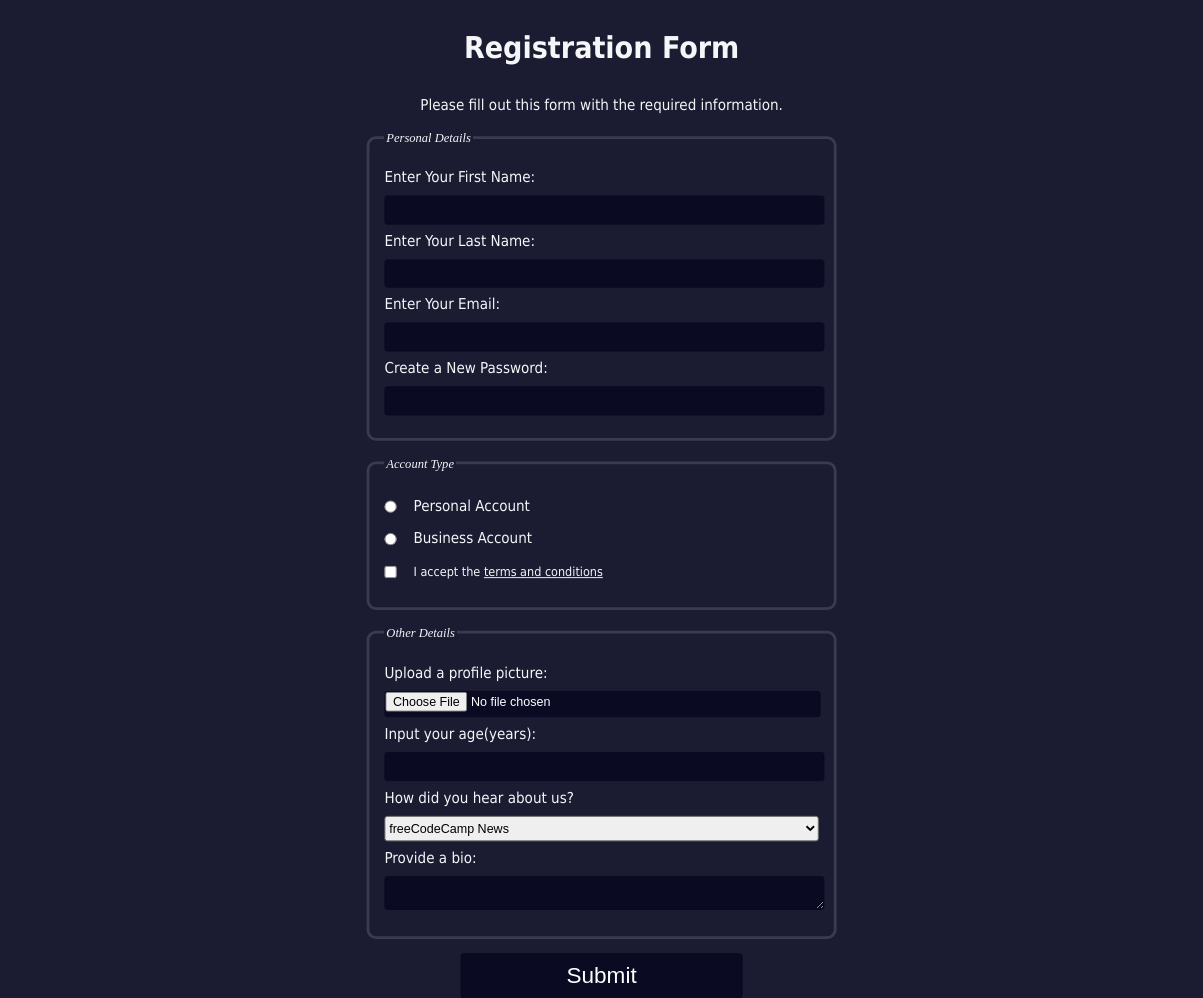
Repository: Lungdjos/registration_form
Page: index.html
An editor plug-in stored every save of this project. The page is shown before and after the next save, followed by the edit.
The browser window is 1280 px wide. The pictures show the whole page, at 94% of full size.

Above is the page before, as saved 2023-09-29 11:13:46.

After the next save:
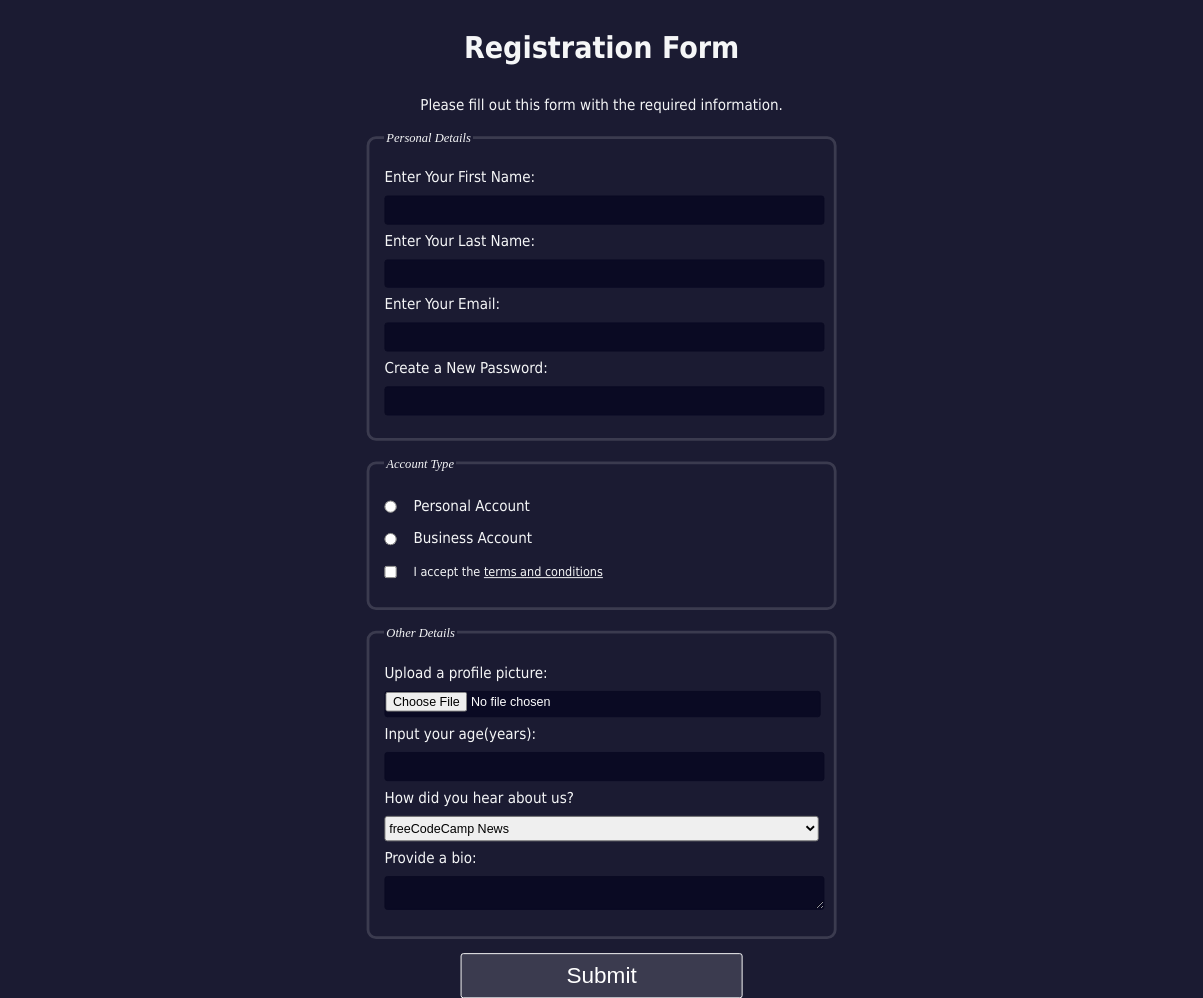
Saved 90 s later.
--- a/indexStyles.css
+++ b/indexStyles.css
@@ -90,4 +90,6 @@ input[name="submit"] {
     margin: 0 auto 25px auto;
     height: 2em;
     font-size: 1.5rem;
+    background-color: #3b3b4f;
+    border-color: white;
 }
